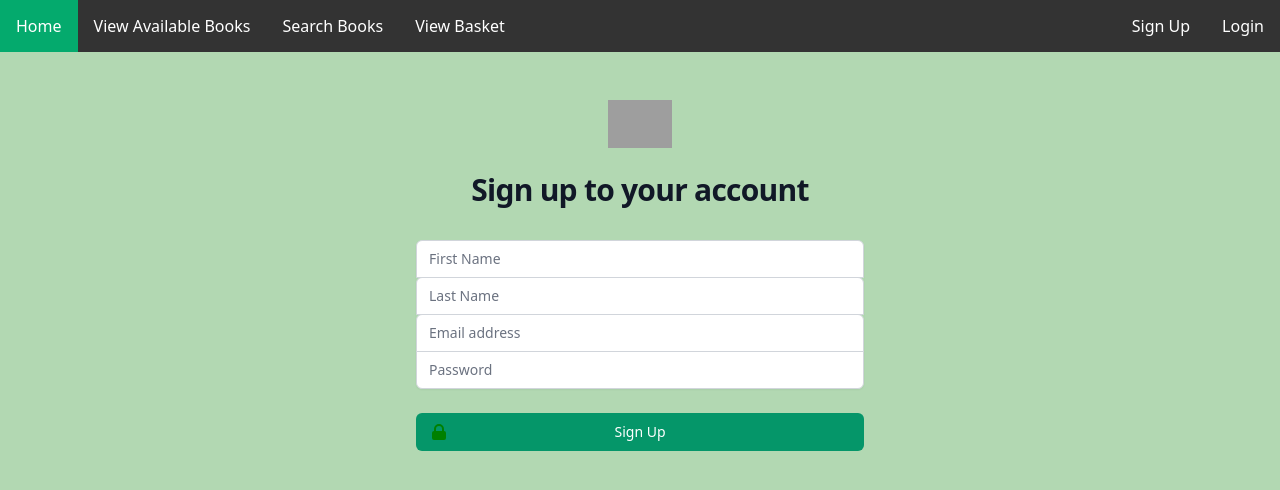
Repository: sach7691/original-book-store
Page: http://localhost/online-book-store-application/
An editor plug-in stored every save of this project. The page is shown before and after the next save, followed by the edit.
The browser window is 1280 px wide. The pictures show the whole page.
Pictures or frames that could not be fetched are drawn as grey boxes. The page is served by Tomcat 9. Other server files are loaded and not shown.

Above is the page before, as saved 2022-08-25 17:05:38.

### online-book-store-application/src/main/webapp/index.jsp
<%@ page language="java" contentType="text/html; charset=ISO-8859-1"
	pageEncoding="ISO-8859-1"%>

<!DOCTYPE html>
<html>
<head>
<meta charset="ISO-8859-1">
<title>Registration Form</title>
<style>
body {margin: 0;
 background: rgba(0, 128, 0, 0.3);}

 table {
	font-family : Arial, Helvetica, sans-serif;
	font-size : 100%;
    font-weight: bold;
    background-color: light green
}
 h1 {
   color: black;
   font-family: Arial;
   text-align: center
 }
 table.center {
  margin-left: auto;
  margin-right: auto;
}


ul.topnav {
  list-style-type: none;
  margin: 0;
  padding: 0;
  overflow: hidden;
  background-color: #333;
}

ul.topnav li {float: left;}

ul.topnav li a {
  display: block;
  color: white;
  text-align: center;
  padding: 14px 16px;
  text-decoration: none;
}

ul.topnav li a:hover:not(.active) {background-color: #111;}

ul.topnav li a.active {background-color: #04AA6D;}

ul.topnav li.right {float: right;}

@media screen and (max-width: 600px) {
  ul.topnav li.right,
  ul.topnav li {float: none;}
}
</style>
</head>
<body>

<div>
<ul class="topnav">
  <li><a class="active" href="welcome.jsp">Home</a></li>
  <li><a href="http://localhost:8080/online-book-store-application/ViewBookServlet">View Available Books</a></li>
  <li><a href="search_book.jsp">Search Books</a></li>
  <li><a href="http://localhost:8080/online-book-store-application/BasketViewServlet">View Basket</a></li>
  <li class="right"><a href="login.jsp">Login</a></li>
  <li class="right"><a href="index.jsp">Sign Up</a></li>
</ul>
</div>

<!--	<form action="http://localhost:8080/online-book-store-application/CustomerRegistrationServlet" method="POST">
		<table class ="center" style ="margin-top:200px">
		<tr>
		<td><label for="firstName">First name:</label><br> </td>
		<td><input type="text" id="firstName" name="firstName" value="" ><br></td>
		</tr>
		<tr>
		<td><label for="lastName">Last name:</label><br></td>
		<td><input type="text" id="lastName" name="lastName" value=""><br></td>
		</tr>
		<tr>
		<td><label for="customerEmail">Email:</label><br> </td>
		<td><input type="text" id="customerEmail" name="customerEmail" placeholder="Enter a valid Email"><br></td>
		</tr>
		<tr>
		<td><label for="customerpassword">Password:</label><br> </td>
		<td><input type="password" id="customerpassword" name="customerpassword" placeholder="Enter a valid Password"><br></td>
		</tr>
		<tr>
		<td><input type="submit" class="signupbtn" value="Sign up"></td>
		</tr>
		</table>
			</form>
	-->

<link href="https://unpkg.com/tailwindcss@%5E1.0/dist/tailwind.min.css"  rel="stylesheet">

 <div class="min-h-full flex items-center justify-center py-12 px-4 sm:px-6 lg:px-8">
  <div class="max-w-md w-full space-y-8">
    <div>
      <img class="mx-auto h-12 w-auto" src="https://tailwindui.com/img/logos/workflow-mark.svg?color=indigo&shade=600" alt="Workflow">
      <h2 class="mt-6 text-center text-3xl tracking-tight font-bold text-gray-900">Sign up to your account</h2>
    </div>
    <form class="mt-8 space-y-6" action="http://localhost:8080/online-book-store-application/CustomerRegistrationServlet" method="POST">
      <input type="hidden" name="remember" value="true">
      <div class="rounded-md shadow-sm -space-y-px">
      <div>
          <label for="firstName" class="sr-only">First Name</label>
          <input id="firstName" name="firstName" type="firstName" autocomplete="firstName" required class="appearance-none rounded-none relative block w-full px-3 py-2 border border-gray-300 placeholder-gray-500 text-gray-900 rounded-t-md focus:outline-none focus:ring-indigo-500 focus:border-indigo-500 focus:z-10 sm:text-sm" placeholder="First Name">
        </div>
        <div>
          <label for="lastName" class="sr-only">Last Name</label>
          <input id="lastName" name="lastName" type="lastName" autocomplete="lastName" required class="appearance-none rounded-none relative block w-full px-3 py-2 border border-gray-300 placeholder-gray-500 text-gray-900 rounded-t-md focus:outline-none focus:ring-indigo-500 focus:border-indigo-500 focus:z-10 sm:text-sm" placeholder="Last Name">
        </div>
        <div>
          <label for="customerEmail" class="sr-only">Email address</label>
          <input id="customerEmail" name="customerEmail" type="customerEmail" autocomplete="customerEmail" required class="appearance-none rounded-none relative block w-full px-3 py-2 border border-gray-300 placeholder-gray-500 text-gray-900 rounded-t-md focus:outline-none focus:ring-indigo-500 focus:border-indigo-500 focus:z-10 sm:text-sm" placeholder="Email address">
        </div>
        <div>
          <label for="customerpassword" class="sr-only">Password</label>
          <input id="customerpassword" name="customerpassword" type="customerpassword" autocomplete="customerpassword" required class="appearance-none rounded-none relative block w-full px-3 py-2 border border-gray-300 placeholder-gray-500 text-gray-900 rounded-b-md focus:outline-none focus:ring-indigo-500 focus:border-indigo-500 focus:z-10 sm:text-sm" placeholder="Password">
        </div>
      </div>


      <div>
        <button type="submit" class="group relative w-full flex justify-center py-2 px-4 border border-transparent text-sm font-medium rounded-md text-white bg-green-600 hover:bg-indigo-700 focus:outline-none focus:ring-2 focus:ring-offset-2 focus:ring-indigo-500">
          <span class="absolute left-0 inset-y-0 flex items-center pl-3">
            <!-- Heroicon name: solid/lock-closed -->
            <svg class="h-5 w-5 text-indigo-500 group-hover:text-indigo-400" xmlns="http://www.w3.org/2000/svg" viewBox="0 0 20 20" fill="green" aria-hidden="true">
              <path fill-rule="evenodd" d="M5 9V7a5 5 0 0110 0v2a2 2 0 012 2v5a2 2 0 01-2 2H5a2 2 0 01-2-2v-5a2 2 0 012-2zm8-2v2H7V7a3 3 0 016 0z" clip-rule="evenodd" />
            </svg>
          </span>
          Sign Up
        </button>
      </div>
    </form>
  </div>
</div>



</body>
</html>

After the next save:
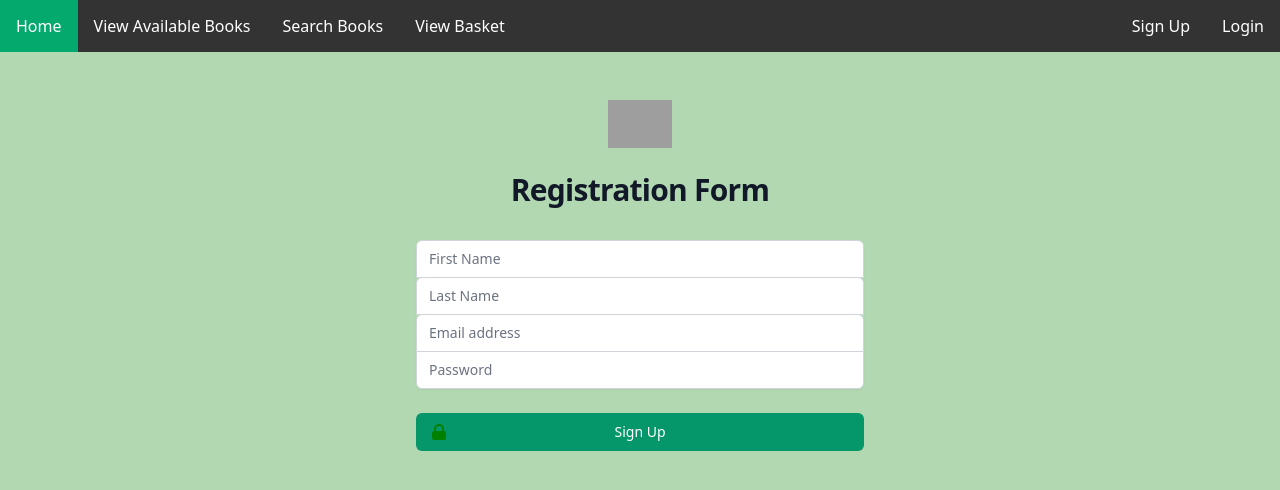
Saved 32 s later.
--- a/online-book-store-application/src/main/webapp/index.jsp
+++ b/online-book-store-application/src/main/webapp/index.jsp
@@ -101,7 +101,7 @@ ul.topnav li.right {float: right;}
   <div class="max-w-md w-full space-y-8">
     <div>
       <img class="mx-auto h-12 w-auto" src="https://tailwindui.com/img/logos/workflow-mark.svg?color=indigo&shade=600" alt="Workflow">
-      <h2 class="mt-6 text-center text-3xl tracking-tight font-bold text-gray-900">Sign up to your account</h2>
+      <h2 class="mt-6 text-center text-3xl tracking-tight font-bold text-gray-900">Registration Form</h2>
     </div>
     <form class="mt-8 space-y-6" action="http://localhost:8080/online-book-store-application/CustomerRegistrationServlet" method="POST">
       <input type="hidden" name="remember" value="true">
